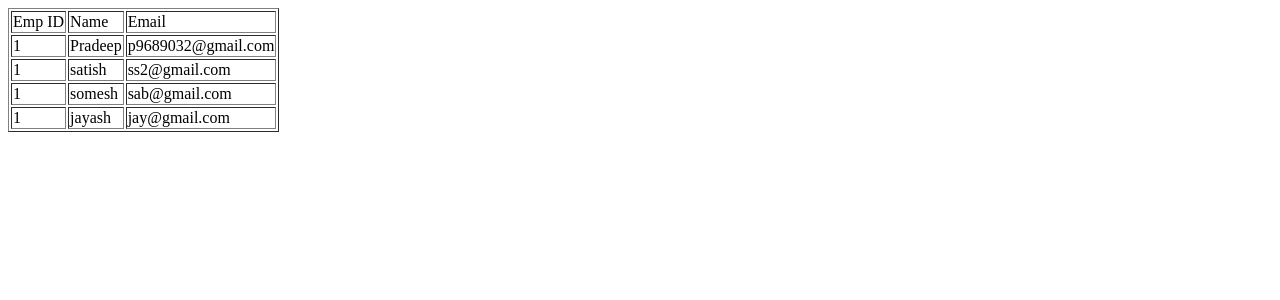
Repository: pradeep9689/monoceptAssignment
Page: http://localhost/06-student-withoutdb/StudentServlet
An editor plug-in stored every save of this project. The page is shown before and after the next save, followed by the edit.
The browser window is 1280 px wide. The pictures show the whole page.
The page is served by Tomcat 9.

Above is the page before, as saved 2024-07-16 07:42:20.

### 06-student-withoutdb/WebContent/view-response.jsp
<%@ page language="java" contentType="text/html; charset=ISO-8859-1"
    pageEncoding="ISO-8859-1"%>
    <%@ page
	import="java.util.List,java.util.ArrayList,com.monocept.model.Student"%>
	<%@ taglib uri="http://java.sun.com/jsp/jstl/core" prefix="c"%>
<%@ taglib uri="http://java.sun.com/jsp/jstl/functions" prefix="fn"%>
<!DOCTYPE html>
<html>
<head>
<meta charset="ISO-8859-1">
<title>Insert title here</title>
</head>
<body>
<table border="1">
    <tr>
        <td>Emp ID</td>
        <td>Name</td>
        <td>Email</td>
    </tr>
    <c:forEach var="student" items="${theStudentList}">
        <tr>
            <td>${student.id}</td>
            <td>${student.name}</td>
            <td>${student.email}</td>
        </tr>
    </c:forEach>
</table>

</body>
</html>

### 06-student-withoutdb/src/com/monocept/model/StudentServlet.java
package com.monocept.model;

import java.io.IOException;
import java.util.List;

import javax.servlet.RequestDispatcher;
import javax.servlet.ServletException;
import javax.servlet.annotation.WebServlet;
import javax.servlet.http.HttpServlet;
import javax.servlet.http.HttpServletRequest;
import javax.servlet.http.HttpServletResponse;


@WebServlet("/StudentServlet")
public class StudentServlet extends HttpServlet {
	private static final long serialVersionUID = 1L;

	protected void doGet(HttpServletRequest request, HttpServletResponse response) throws ServletException, IOException {
		// TODO Auto-generated method stub

        List<Student> students = StudentDb.getStudentDetails();

        RequestDispatcher requestDispatcher = request.getRequestDispatcher("view-response.jsp");
        request.setAttribute("theStudentList", students);
        // Forward the request
        requestDispatcher.forward(request, response);
    }
}

### 06-student-withoutdb/src/com/monocept/model/StudentDb.java
package com.monocept.model;

import java.util.ArrayList;
import java.util.List;

public class StudentDb {

	public static List<Student> getStudentDetails(){
		List<Student> students=new ArrayList<>();
		students.add(new Student(1,"Pradeep","p9689032@gmail.com"));
		students.add(new Student(1,"satish","ss2@gmail.com"));
		students.add(new Student(1,"somesh","sab@gmail.com"));
		students.add(new Student(1,"jayash","jay@gmail.com"));

		return students;
	}
}

### 06-student-withoutdb/src/com/monocept/model/Student.java
package com.monocept.model;

public class Student {
	private int id;
	private String name;
	private String email;
	public Student(int id, String name, String email) {
		super();
		this.id = id;
		this.name = name;
		this.email = email;
	}
	public int getId() {
		return id;
	}
	public void setId(int id) {
		this.id = id;
	}
	public String getName() {
		return name;
	}
	public void setName(String name) {
		this.name = name;
	}
	public String getEmail() {
		return email;
	}
	public void setEmail(String email) {
		this.email = email;
	}
	@Override
	public String toString() {
		return "Student [id=" + id + ", name=" + name + ", email=" + email + "]";
	}



}

After the next save:
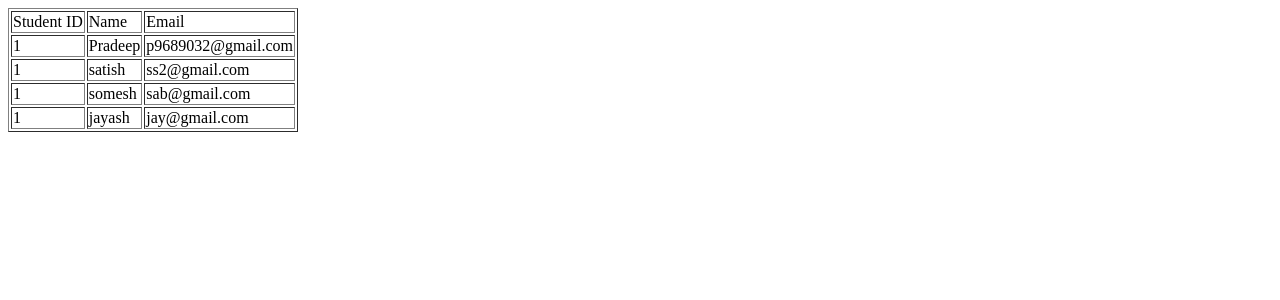
Saved 11 s later.
--- a/06-student-withoutdb/WebContent/view-response.jsp
+++ b/06-student-withoutdb/WebContent/view-response.jsp
@@ -13,7 +13,7 @@
 <body>
 <table border="1">
     <tr>
-        <td>Emp ID</td>
+        <td>Student ID</td>
         <td>Name</td>
         <td>Email</td>
     </tr>
